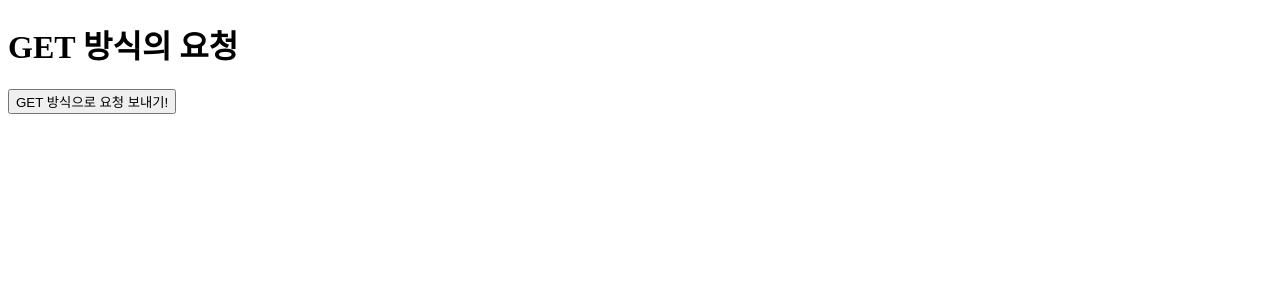
Repository: zoselakt/My_practice_JSP
Page: http://localhost/day07/ajax_test.jsp
The author's editor kept a copy of each file at every save. The page is drawn from the files as they stood at one save, then again after the next save.
The browser window is 1280 px wide. The pictures show the whole page.
After loading, the first visible `button` was clicked once.
The page is served by Tomcat 9.

Above is the page before, as saved 2022-02-28 13:10:36.
Console error: TypeError: xhr.sent is not a function

After the next save:
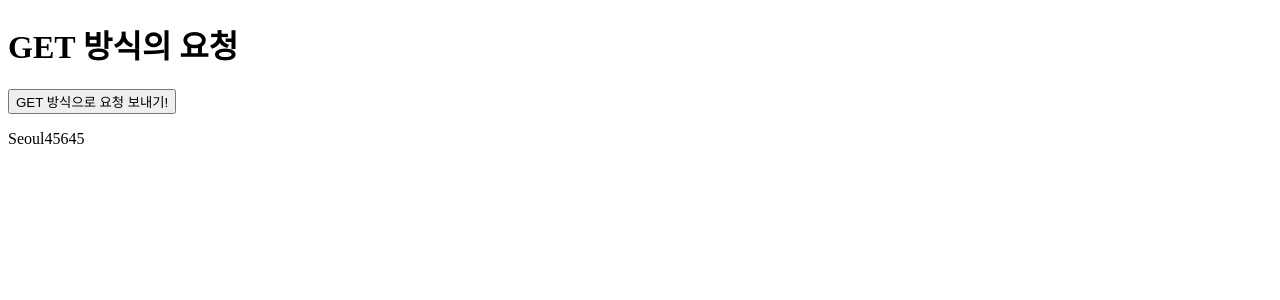
The error is gone.
Saved 15 s later.
--- a/day07/WebContent/ajax_test.jsp
+++ b/day07/WebContent/ajax_test.jsp
@@ -16,7 +16,7 @@
 	function sendRequest(){
 		var xhr = new XMLHttpRequest();
 		xhr.open("GET", "request_ajax.jsp?city=Seoul&zipcode=45645", true);
-		xhr.sent();
+		xhr.send();
 
 		xhr.onreadystatechange = function() {
 			if(xhr.readyState == XMLHttpRequest.DONE && xhr.status == 200){
